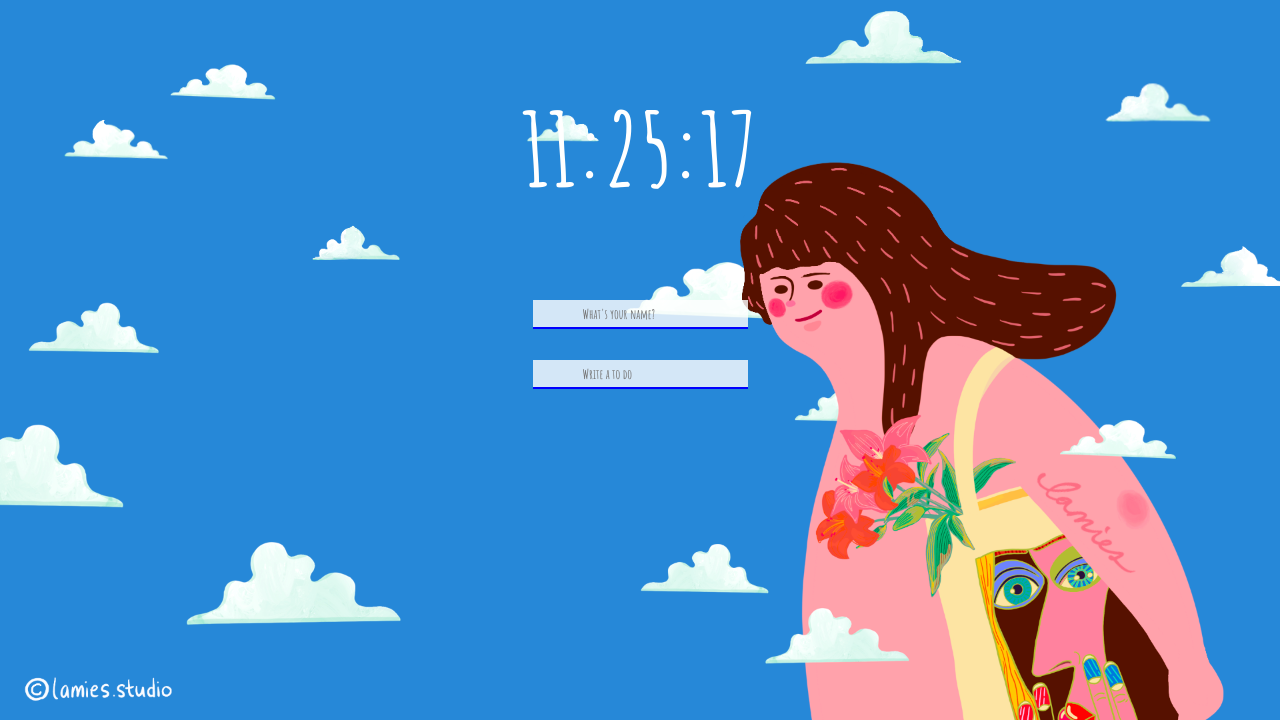
Repository: haleyjung/chrome_app
Page: index.html
The author's editor kept a copy of each file at every save. The page is drawn from the files as they stood at one save, then again after the next save.
The browser window is 1280 px wide. The pictures show the whole page.

Above is the page before, as saved 2020-11-23 15:50:07.

### index.html
<!DOCTYPE html>
<html lang="en">
<head>
    <meta charset="UTF-8" />
    <meta name="viewport" content="width=device-width, initial-scale=1.0">
    <title>Chrome App</title>
    <link rel="stylesheet" href="index.css">
</head>
<body>

    <div class="js-clock">
        <h1>00:00</h1>
    </div>

    <div class="js-name name"></div>

    <div>
        <form class="js-form form">
            <input type="text" placeholder="What's your name?" />
        </form>
    </div>

    <h4 class="js-greetings greetings"></h4>

    <form class="js-toDoForm">
        <input type="text" placeholder="Write a to do" />
    </form>
    <ul class="js-toDoList">
    </ul>
    <span class="js-weather"></span>

    <script src="js/clock.js"></script>
    <script src="js/greeting.js"></script>
    <script src="js/todo.js"></script>
    <script src="js/bg.js"></script>
    <script src="js/weather.js"></script>
</body>

### index.css
@import url("https://fonts.googleapis.com/css2?family=Amatic+SC:wght@400;700&display=swap");

* {
  font-family: "Amatic SC", cursive;
  font-weight: 700;
}

body {
  background-color: palevioletred;
  color: white;
  display: flex;
  flex-direction: column;
  justify-content: center;
  align-items: center;
  font-size: 20px;
}

div {
  padding: 10px;
}

.js-clock {
  display: flex;
  justify-content: center;
  align-items: center;
  font-size: 50px;
}

.js-form,
.js-toDoForm {
  background-color: none;
}

.btn {
  cursor: pointer;
}

input {
  border: none;
  outline: none;
  border-bottom: 2px solid blue;
  background-color: rgba(255, 255, 255, 0.8);
  padding: 5px 50px;
}

.form,
.greetings {
  display: none;
}

.showing {
  display: block;
}

@keyframes fadeIn {
  from {
    opacity: 0;
  }
  to {
    opacity: 1;
  }
}

.bgImage {
  position: absolute;
  top: 0;
  left: 0;
  width: 100%;
  height: 100%;
  z-index: -1;
  animation: fadeIn 0.5s linear;
}

### js/clock.js
const clockContainer = document.querySelector(".js-clock"),
    clockTitle = clockContainer.querySelector("h1");

function getTime() {
    const date = new Date();
    const minutes = date.getMinutes();
    const hours = date.getHours();
    const seconds = date.getSeconds();
    clockTitle.innerText = `${hours < 10 ? `0${hours}` : hours}:${
        minutes < 10 ? `0${minutes}` : minutes
    }:${seconds < 10 ? `0${seconds}` : seconds}`;
}

function init() {
    getTime();
    setInterval(getTime, 1000);
}

init();

### js/greeting.js
const nameContainer = document.querySelector(".js-name");

function paintName(name) {
    nameContainer.innerHTML = "";
    const title = document.createElement("span");
    title.className = "name__text";
    title.innerHTML = `Hello ${name}`;
    nameContainer.appendChild(title);
}

function handleSubmit(event) {
    event.preventDefault();
    const form = event.target;
    const input = form.querySelector("input");
    const value = input.value;
    localStorage.setItem("username", value);
    paintName(value);
}

function paintInput() {
    const input = document.createElement("input");
  input.placeholder = "What's your name?";
  input.type = "text";
  input.className = "name__input";
  const form = document.createElement("form");
  form.addEventListener("submit", handleSubmit);
  form.appendChild(input);
  nameContainer.appendChild(form);
}

function loadName(){
    const name = localStorage.getItem("username");
  if (name === null) {
    paintInput();
  } else {
    paintName(name);
  }
}

function init() {
    loadName();
}

init();

### js/todo.js
const toDoForm = document.querySelector(".js-toDoForm"),
    toDoInput = toDoForm.querySelector("input"),
    toDoList = document.querySelector(".js-toDoList");

const TODOS_LS = 'toDos';

let toDos = [];

function deleteToDo(event){
    const btn = event.target;
    const li = btn.parentNode;
    toDoList.removeChild(li);
    const cleanToDos = toDos.filter(function(toDo){
        return toDo.id !== parseInt(li.id);
    });
    toDos = cleanToDos
    saveToDos();
}

function saveToDos(){
    localStorage.setItem(TODOS_LS, JSON.stringify(toDos));
}

function paintToDo(text){
    const li = document.createElement("li");
    const delBtn = document.createElement("button");
    const span = document.createElement("span");
    const newId = toDos.length + 1;
    delBtn.innerText = "❌";
    delBtn.addEventListener("click", deleteToDo);
    span.innerText = text;
    li.appendChild(delBtn);
    li.appendChild(span);
    li.id = newId;
    toDoList.appendChild(li);
    const toDoObj = {
        text: text,
        id: newId
    };
    toDos.push(toDoObj);
    saveToDos();
}

function handleSubmit(event){
    event.preventDefault();
    const currentValue = toDoInput.value;
    paintToDo(currentValue);
    toDoInput.value = "";
}

function loadToDos() {
    const loadedToDos = localStorage.getItem(TODOS_LS);
    if(loadedToDos !== null){
        const parsedToDos = JSON.parse(loadedToDos);
        parsedToDos.forEach(function(toDo){
            paintToDo(toDo.text);
        });
    }
}

function init() {
    loadToDos();
    toDoForm.addEventListener("submit", handleSubmit)
}

init();

### js/bg.js
const body = document.querySelector("body");

const IMG_NUMBER = 4;

// If loading images from API, include the functions in these comments:
// function handleImgLoad(){
//     console.log('finished loading');
// }

function paintImage(imgNumber){
    const image = new Image();
    image.src = `/img/lamiesstudio-${imgNumber + 1}.png`;
    image.classList.add('bgImage');
    body.prepend(image);
    // image.addEventListener("loadend", handleImgLoad);
}

function genRandom(){
    const number = Math.floor(Math.random() * IMG_NUMBER);
    return number;
}

function init(){
    const randomNumber = genRandom();
    paintImage(randomNumber)
}

init();

### js/weather.js
const weather = document.querySelector(".js-weather");

const API_KEY = "1706261ffc689a5d0ffe73f0d2f8a925";
const COORDS = "coords";

function getWeather(lat, lng){
    fetch(`https://api.openweathermap.org/data/2.5/weather?lat=${lat}&lon=${lng}&appid=${API_KEY}&units=metric`
    ).then(function(response){
        return response.json();
    })
        .then(function(json){
        const temperature = json.main.temp;
        const place = json.name;
        weather.innerText = `${temperature} @ ${place}`;
    });
}

function saveCoords(coordsObj){
    localStorage.setItem(COORDS, JSON.stringify(coordsObj));
}

function handleGeoSuccess(position){
    const latitude = position.coords.latitude;
    const longitude = position.coords.longitude;
    const coordsObj = {
        latitude,
        longitude
    };
    saveCoords(coordsObj);
    getWeather(latitude, longitude);
}

function handleGeoError(){
    console.log('Cant access geo location');
}

function askForCoords(){
    navigator.geolocation.getCurrentPosition(handleGeoSuccess, handleGeoError);
}

function loadCoords(){
    const loadedCoords = localStorage.getItem(COORDS);
    if(loadedCoords === null){
        askForCoords();
    } else {
        const parsedCoords = JSON.parse(loadedCoords);
        getWeather(parsedCoords.latitude, parsedCoords.longitude);
    }
}

function init(){
    loadCoords();
}

init();

After the next save:
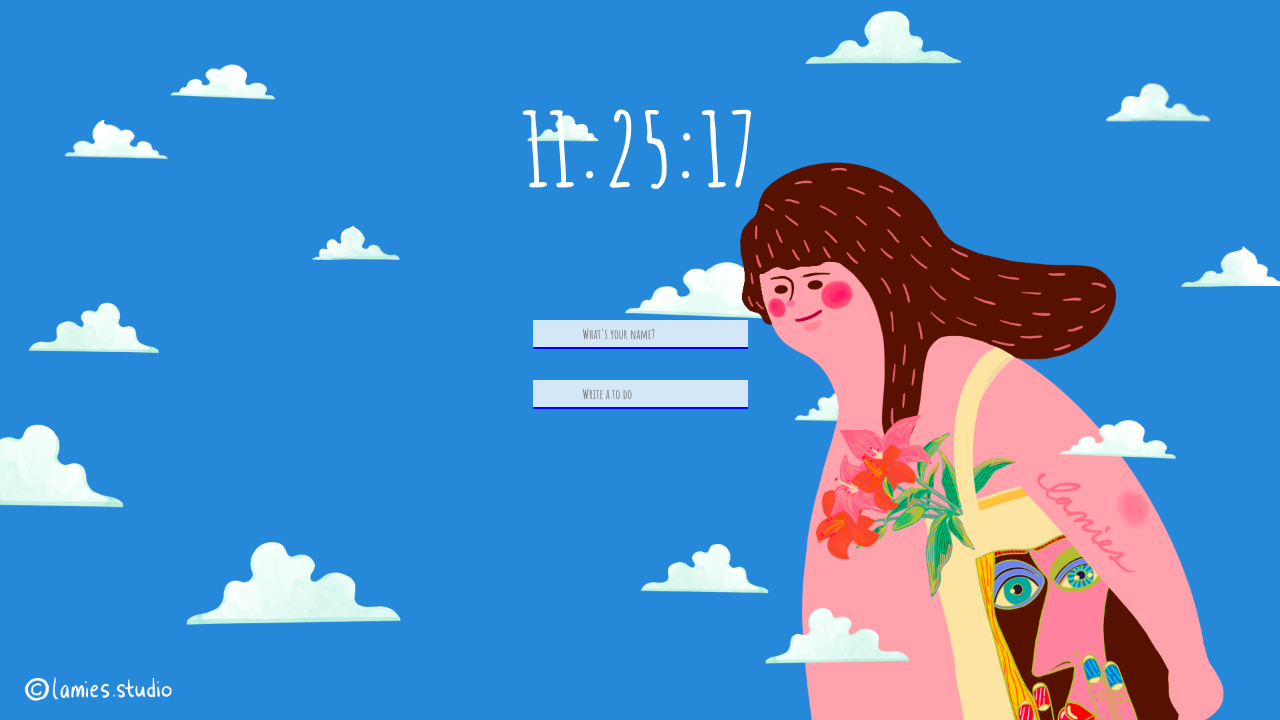
Saved 47 s later.
--- a/index.html
+++ b/index.html
@@ -10,6 +10,9 @@
 
     <div class="js-clock">
         <h1>00:00</h1>
+    </div>
+    <div>
+        <span class="js-weather"></span>
     </div>
 
     <div class="js-name name"></div>
@@ -27,7 +30,6 @@
     </form>
     <ul class="js-toDoList">
     </ul>
-    <span class="js-weather"></span>
 
     <script src="js/clock.js"></script>
     <script src="js/greeting.js"></script>
